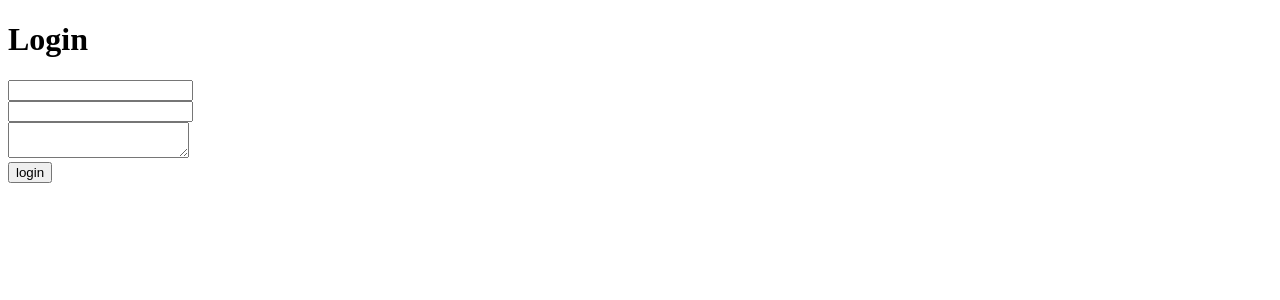
Repository: rehamtaher10/thirdReactTask
Page: /
These files come from the project's save history. The page is drawn as it stood at one moment and after the next save; the edit follows.
The browser window is 1280 px wide. The pictures show the whole page.
The project was rebuilt for these pictures with package versions that can differ from the ones it lists, and the page was loaded fresh each time. Also part of the build but not shown: vite.config.js, src/components/HomePage/Home.jsx, src/style/navBar.css, src/components/Navbar.jsx, src/components/Layout/Layout.jsx, src/components/AboutPage/About.jsx, src/style/contactUs.css, src/components/ContactUsPage/ContactUs.jsx and 2 more.

Above is the page before, as saved 2024-12-01 22:21:05.

After the next save:
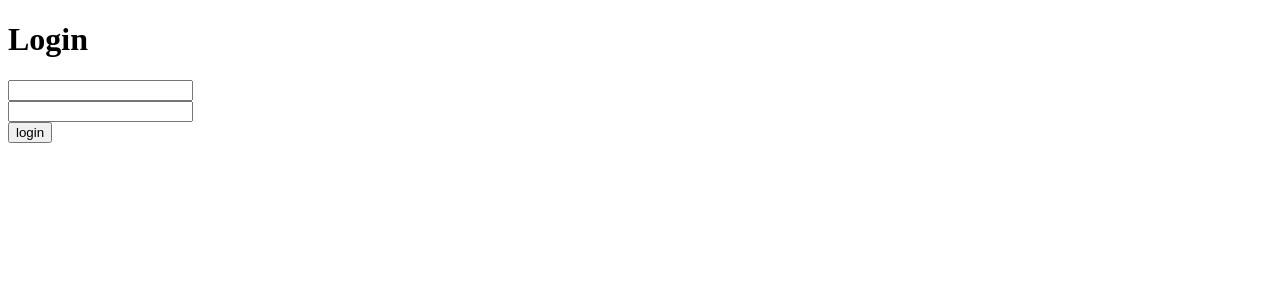
Saved 4 min 10 s later.
--- a/src/components/loginPage/LoginPage.jsx
+++ b/src/components/loginPage/LoginPage.jsx
@@ -24,7 +24,7 @@ export default function LoginPage() {
                 <Form>
                     <WrapperInput name={"email"} isDefault />
                     <WrapperInput name={"password"} isPassword />
-                    <WrapperInput name={"password"} isTextArea />
+
                     <button type="submit">login</button>
                 </Form>
             </Formik>
